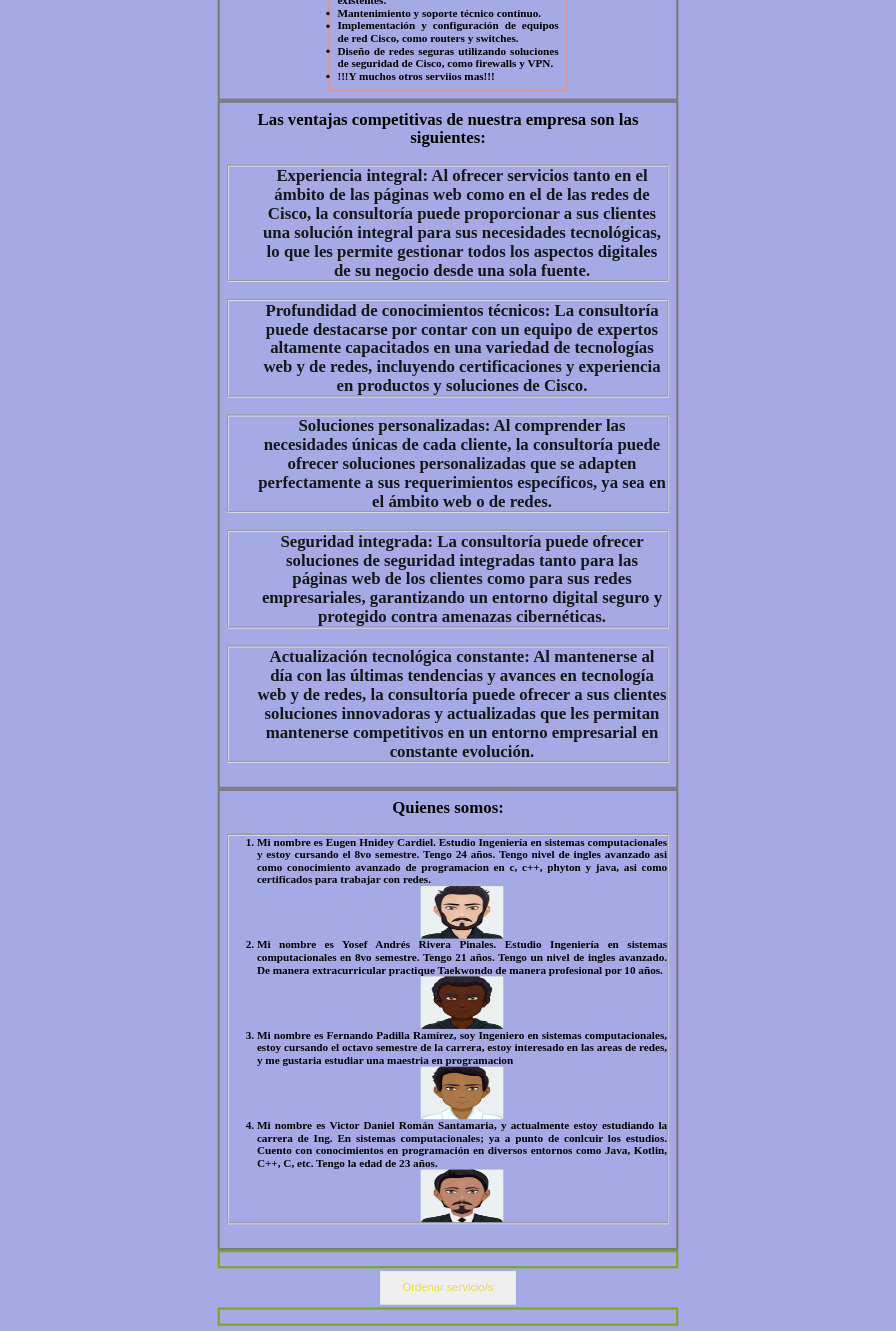
Repository: UVMCoyoacan/VEFY
Page: indexPrincipal.html
An editor plug-in stored every save of this project. The page is shown before and after the next save, followed by the edit.
The browser window is 1280 px wide. The pictures show the part of the page from y = 687 to 2607 px (the page is 2589 px tall before and 2607 px after), at 70% of full size.

Above is the page before, as saved 2024-03-01 11:48:45.

### indexPrincipal.html
<!DOCTYPE html>
<html>

    <head>
        <title> VEFY CONSULTORIA </title>
        <link rel="stylesheet" href="estilo.css"/>
        <link rel="stylesheet" href="estilo1.css"/>
        <link rel="stylesheet" href="estilo2.css"/>
        <link rel="stylesheet" href="estilo3.css"/>
        <link rel="stylesheet" href="estilo4.css"/>
        <meta charset="UTF-8" />
    </head>
    <body>
        <div style="text-align: center;"><img src = "LogoVefy.jpg" alt = "LogoEmpresaConsul" width = "150" height = "150" aling = "center"></div>

        <h1>
            Somos una consultoría que ofrece servicios tanto relacionados con páginas web como con redes de Cisco, podría ofrecer una amplia gama de soluciones para cubrir las necesidades digitales de sus clientes.
           <br>
        </h1>
        <h2>
            Nuestro lema es "conectando talento, construyendo soluciones".
        </h2>
        <h2>
            Nuestro objetivo es: Proporcionar soluciones innovadoras y personalizadas que impulsen el éxito y el crecimiento de nuestros clientes, aprovechando la experiencia y el compromiso de nuestro equipo multidisciplinario.
        </h2>
        <h2>
            Nuestra empresa brinda los siguientes servicios:
            <ul>
                <li>Desarrollo de sitios web personalizados. </li>
                <li>Diseño web responsivo y adaptativo. </li>
                <li>Optimización para motores de búsqueda (SEO). </li>
                <li>Integración de sistemas de gestión de contenido (CMS) como WordPress, Joomla, etc. </li>
                <li>Desarrollo de tiendas en línea (e-commerce). </li>
                <li>Migración y actualización de sitios web existentes. </li>
                <li>Mantenimiento y soporte técnico continuo. </li>
                <li>Implementación y configuración de equipos de red Cisco, como routers y switches. </li>
                <li>Diseño de redes seguras utilizando soluciones de seguridad de Cisco, como firewalls y VPN. </li>
                <li>!!!Y muchos otros serviios mas!!! </li>
            </ul>
        </h2>
        <h2>
            Las ventajas competitivas de nuestra empresa son las siguientes:

            <ol>Experiencia integral: Al ofrecer servicios tanto en el ámbito de las páginas web como en el de las redes de Cisco, la consultoría puede proporcionar a sus clientes una solución integral para sus necesidades tecnológicas, lo que les permite gestionar todos los aspectos digitales de su negocio desde una sola fuente. </ol>
            <ol>Profundidad de conocimientos técnicos: La consultoría puede destacarse por contar con un equipo de expertos altamente capacitados en una variedad de tecnologías web y de redes, incluyendo certificaciones y experiencia en productos y soluciones de Cisco.</ol>
            <ol>Soluciones personalizadas: Al comprender las necesidades únicas de cada cliente, la consultoría puede ofrecer soluciones personalizadas que se adapten perfectamente a sus requerimientos específicos, ya sea en el ámbito web o de redes.</ol>
           <ol>Seguridad integrada: La consultoría puede ofrecer soluciones de seguridad integradas tanto para las páginas web de los clientes como para sus redes empresariales, garantizando un entorno digital seguro y protegido contra amenazas cibernéticas.</ol>
           <ol>Actualización tecnológica constante: Al mantenerse al día con las últimas tendencias y avances en tecnología web y de redes, la consultoría puede ofrecer a sus clientes soluciones innovadoras y actualizadas que les permitan mantenerse competitivos en un entorno empresarial en constante evolución.</ol>
        </h2>
        <h2>
            Quienes somos:
            <ol>
                <li>Mi nombre es Eugen Hnidey Cardiel. Estudio Ingeniería en sistemas computacionales y estoy cursando el 8vo semestre. Tengo 24 años. Tengo nivel de ingles avanzado asi como conocimiento avanzado de programacion en c, c++, phyton y java, asi como certificados para trabajar con redes.
                    <br>
                    <div style="text-align: center; cursor:pointer;"><img src = "EugenFoto.jpg" alt = "FotoEu" width = "75" height = "75" aling = "center" onclick="redirigirEu()"></div>
                </li>
                <li>Mi nombre es Yosef Andrés Rivera Pinales. Estudio Ingeniería en sistemas computacionales en 8vo semestre. Tengo 21 años. Tengo un nivel de ingles avanzado. De manera extracurricular practique Taekwondo de manera profesional por 10 años.
                    <br>
                    <div style="text-align: center; cursor:pointer;"><img src = "YosefFoto.jpg" alt = "FotoYos" width = "75" height = "75" aling = "center" onclick="redirigirYos()"></div>
                </li>
                <li>Mi nombre es Fernando Padilla Ramírez, soy Ingeniero en sistemas computacionales, estoy cursando el octavo semestre de la carrera, estoy interesado en las areas de redes, y me gustaria estudiar una maestria en programacion               <br>
                    <div style="text-align: center; cursor:pointer;"><img src = "FerFoto.jpg" alt = "FotoFer" width = "75" height = "75" aling = "center" onclick="redirigirFer()" ></div>
                </li>
                <li>Mi nombre es Victor Daniel Román Santamaria, y actualmente estoy estudiando la carrera de Ing. En sistemas computacionales; ya a punto de conlcuir los estudios. Cuento con conocimientos en programación en diversos entornos como Java, Kotlin, C++, C, etc. Tengo la edad de 23 años.
                    <br>
                    <div style="text-align: center; cursor:pointer;"><img src = "VicFoto.jpg" alt = "FotoVic" width = "75" height = "75" aling = "center" onclick="redirigirVik()"></div>
                </li>
            </ol>
        </h2>

        <p>
            <div>
                <button onclick="redirigirForm()"> Ordenar servicio/s  </button>

               </div>
           </p>
    </body>
    <script src="cod.js">

    </script>
</html>

### estilo.css
h1{
    color: chocolate;
    text-align: center;
    border-style: mix;
}
p{
    text-align: center;
    color:rebeccapurple;
    border-style: dotted;
}

ol{
    text-align: center;
    color:rgb(0, 0, 0);
    border-style: groove;

}

ul{
    text-align: center;
    color: rgb(0, 0, 0);
    border-style: ridge;
}

h2{
    color: rgb(0, 0, 0) ;
    text-align: center;
    border-style: mix;
}

a{
    text-align: center;
}

body{
    background-color: rgb(226, 171, 75);
}

footer{
    color:beige;
    background-color: blueviolet;
}
button {
    border: none;
    color: rgb(47, 191, 59);
    padding: 15px 32px;
    text-align: center;
    text-decoration: none;
    display: inline-block;
    font-size: 16px;
    margin: 4px 2px;
    cursor: pointer;
  }
  div{
    text-align: center;
  }

### estilo1.css
h1{
    color: chocolate;
    text-align: center;
    border-style: mix;
}
p{
    text-align: center;
    color:rgb(0, 0, 0);
    border-style: dotted;
}

ol{
    text-align: center;
    color:rgb(1, 1, 1);
    border-style: groove;

}

ul{
    text-align: center;
    color: rgb(0, 0, 0);
    border-style: ridge;
}

h2{
    color: rgba(58, 221, 93, 0.98) ;
    text-align:center;
    border-style: mix;
}

a{
    text-align: center;
}

body{
    background-color: rgb(104, 163, 209);
}

footer{
    color:beige;
    background-color: blueviolet;
}
button {
    border: none;
    color: rgb(175, 10, 10);
    padding: 15px 32px;
    text-align: center;
    text-decoration: none;
    display: inline-block;
    font-size: 16px;
    margin: 4px 2px;
    cursor: pointer;
  }
  p{
    text-align: center;
  }

### estilo2.css
h1{
    color: chocolate;
    text-align: center;
    border-style: mix;
}
p{
    text-align: center;
    color:rebeccapurple;
    border-style: dotted;
}

ol{
    text-align: center;
    color:rgb(0, 0, 0);
    border-style: groove;

}

ul{
    text-align: center;
    color: rgb(223, 115, 225);
    border-style: ridge;
}

h2{
    color: rgb(149, 204, 62) ;
    text-align: center;
    border-style: mix;
}

a{
    text-align: center;
}

body{
    background-color: rgb(39, 128, 128);
}

footer{
    color:beige;
    background-color: blueviolet;
}
button {
    border: none;
    color: rgb(32, 202, 69);
    padding: 15px 32px;
    text-align: center;
    text-decoration: none;
    display: inline-block;
    font-size: 16px;
    margin: 4px 2px;
    cursor: pointer;
  }
  div{
    text-align: center;
  }

### estilo3.css
h1{
    color: chocolate;
    text-align: center;
    border-style: mix;
}
p{
    text-align: center;
    color:rebeccapurple;
    border-style: dotted;
}

ol{
    text-align: center;
    color:rgb(20, 24, 25);
    border-style: groove;

}

ul{
    text-align: center;
    color: rgb(233, 104, 130);
    border-style: ridge;
}

h2{
    color: rgb(215, 121, 229) ;
    text-align: center;
    border-style: mix;
}

a{
    text-align: center;
}

body{
    background-color: rgb(224, 255, 255);
}

footer{
    color:beige;
    background-color: blueviolet;
}
button {
    border: none;
    color: rgb(157, 58, 184);
    padding: 15px 32px;
    text-align: center;
    text-decoration: none;
    display: inline-block;
    font-size: 16px;
    margin: 4px 2px;
    cursor: pointer;
  }
  div{
    text-align: center;
  }

### estilo4.css
h1{

    color: rgb(0, 0, 0);

    color: black;

    text-align: center;
    font-size:larger;
    margin: auto;
    width: 50%;
    border: 3px solid rgb(141, 172, 132);
    border-style:solid;
    padding: 10px;

}
p{
    color: rgba(21, 21, 21, 0.781);
    text-align:justify;
    font-size:x-large;
    margin: auto;
    width: 50%;
    border: 3px solid rgb(120, 168, 26);
    border-style:solid;
    padding: 10px;
}
li{
    color: rgb(0, 0, 0);
    text-align:justify;
    font-size:medium;
}


ul{
    color: rgba(21, 21, 21, 0.781);
    text-align:center;
    font-size:large;
    margin: auto;
    width: 50%;
    border: 3px solid rgb(216, 152, 152);
    border-style:solid;
    padding: 10px;
}
body{
    background-color: rgb(166, 170, 228);

}


h2{
    color: rgb(2, 2, 2);
    text-align: center;
    font-size:x-large;
    margin: auto;
    width: 50%;
    border: 3px solid rgb(123, 123, 123);
    border-style:solid;
    padding: 10px;
}
img{
    display: block;
    width: 20%;
    margin: auto;
}
footer{
    color: rgb(60, 28, 167);
    background-color: rgb(210, 204, 25);
}
button {
    border: none;
    color: rgb(226, 226, 47);
    padding: 15px 32px;
    text-align: center;
    text-decoration: none;
    display: inline-block;
    font-size: 16px;
    margin: 4px 2px;
    cursor: pointer;
  }
  div{
    text-align: center;
  }
  label{

    color: rgb(0, 0, 0);

    color: black;

    text-align: center;
    font-size:larger;
    margin: auto;
    width: 50%;
    border: 3px solid rgb(126, 221, 100);
    border-style:solid;
    padding: 10px;
  }

### cod.js
function saludo(){
    alert("Hola JS");
}

function numeracion(tope){
for(i=0; i<5; i++){
    alert(i);
}
}

function fondo(){
alert("click");
parrafos=document.getElementsByTagName("p");
parrafos[0].innerHTML="remplazado";
parrafos[1].style="color:red"
lista=document.getElementsByClassName("verde");
lista[0].style="text-align:center; color:blue";
document.getElementById("raro").innerHTML="contenido actual";

}

function NoEstilos(){
    nest=document.styleSheets.length;
    for(i=0;i<nest;i++){
        document.styleSheets[i].disabled=true;
    }


}

function ActivaEstilo(n){
    NoEstilos();
    document.styleSheets[n].disabled=false;

}

function redirigirYos() {
    window.location.href = "./index_Yosef.html";
}

function redirigirVik() {
    window.location.href = './INDEXVIC.html';
}

function redirigirFer() {
    window.location.href = './INDEX_FER.html';
}

function redirigirEu() {
    window.location.href = './Pagina web presentacion Eugen/indexEugen.html';

}
function redirigirForm() {
    window.location.href = './enviadatos.html';

}

After the next save:
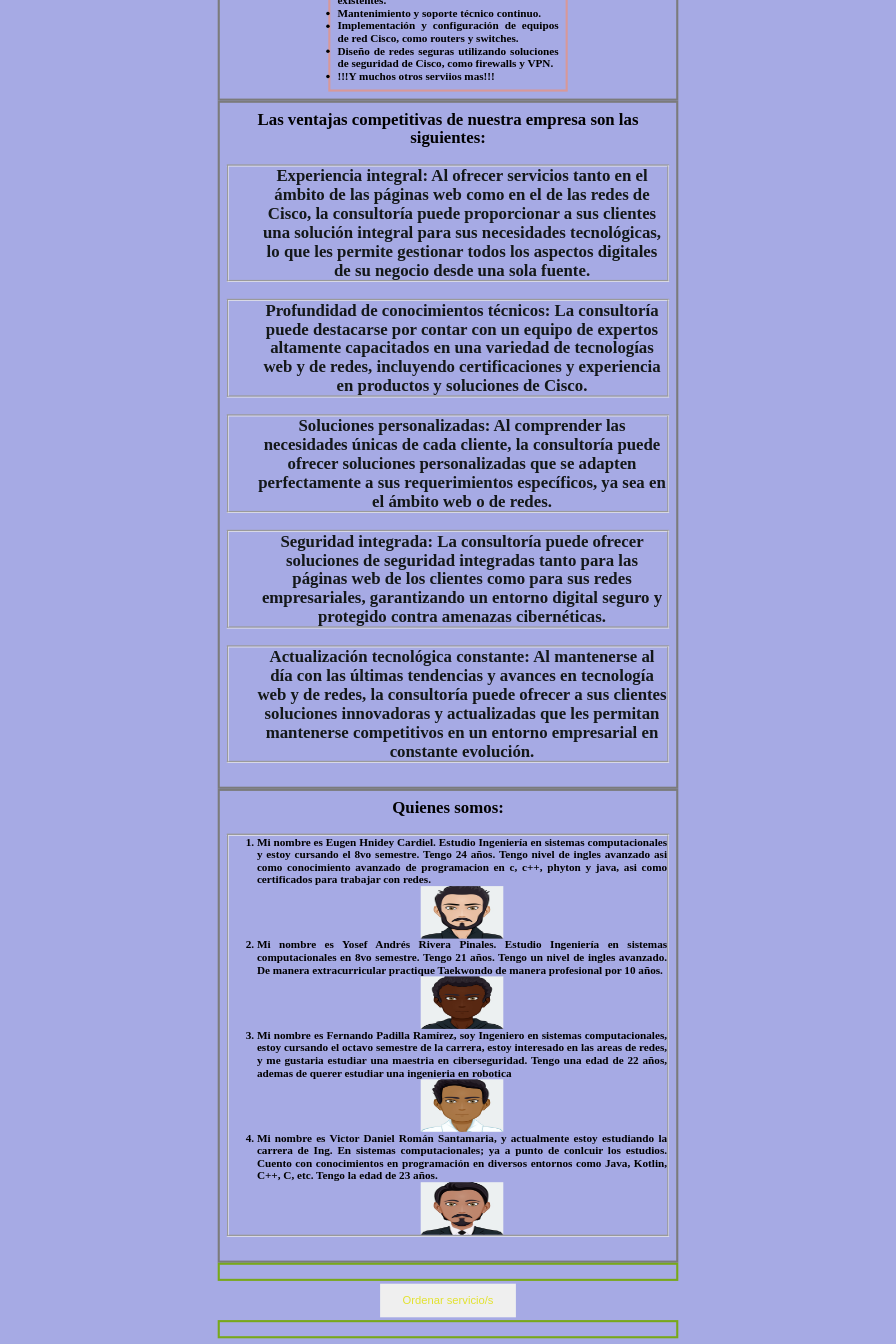
Saved 40 s later.
--- a/indexPrincipal.html
+++ b/indexPrincipal.html
@@ -58,7 +58,7 @@
                     <br>
                     <div style="text-align: center; cursor:pointer;"><img src = "YosefFoto.jpg" alt = "FotoYos" width = "75" height = "75" aling = "center" onclick="redirigirYos()"></div>
                 </li>
-                <li>Mi nombre es Fernando Padilla Ramírez, soy Ingeniero en sistemas computacionales, estoy cursando el octavo semestre de la carrera, estoy interesado en las areas de redes, y me gustaria estudiar una maestria en programacion               <br>
+                <li>Mi nombre es Fernando Padilla Ramírez, soy Ingeniero en sistemas computacionales, estoy cursando el octavo semestre de la carrera, estoy interesado en las areas de redes, y me gustaria estudiar una maestria en ciberseguridad. Tengo una edad de 22 años, ademas de querer estudiar una ingenieria en robotica               <br>
                     <div style="text-align: center; cursor:pointer;"><img src = "FerFoto.jpg" alt = "FotoFer" width = "75" height = "75" aling = "center" onclick="redirigirFer()" ></div>
                 </li>
                 <li>Mi nombre es Victor Daniel Román Santamaria, y actualmente estoy estudiando la carrera de Ing. En sistemas computacionales; ya a punto de conlcuir los estudios. Cuento con conocimientos en programación en diversos entornos como Java, Kotlin, C++, C, etc. Tengo la edad de 23 años.
